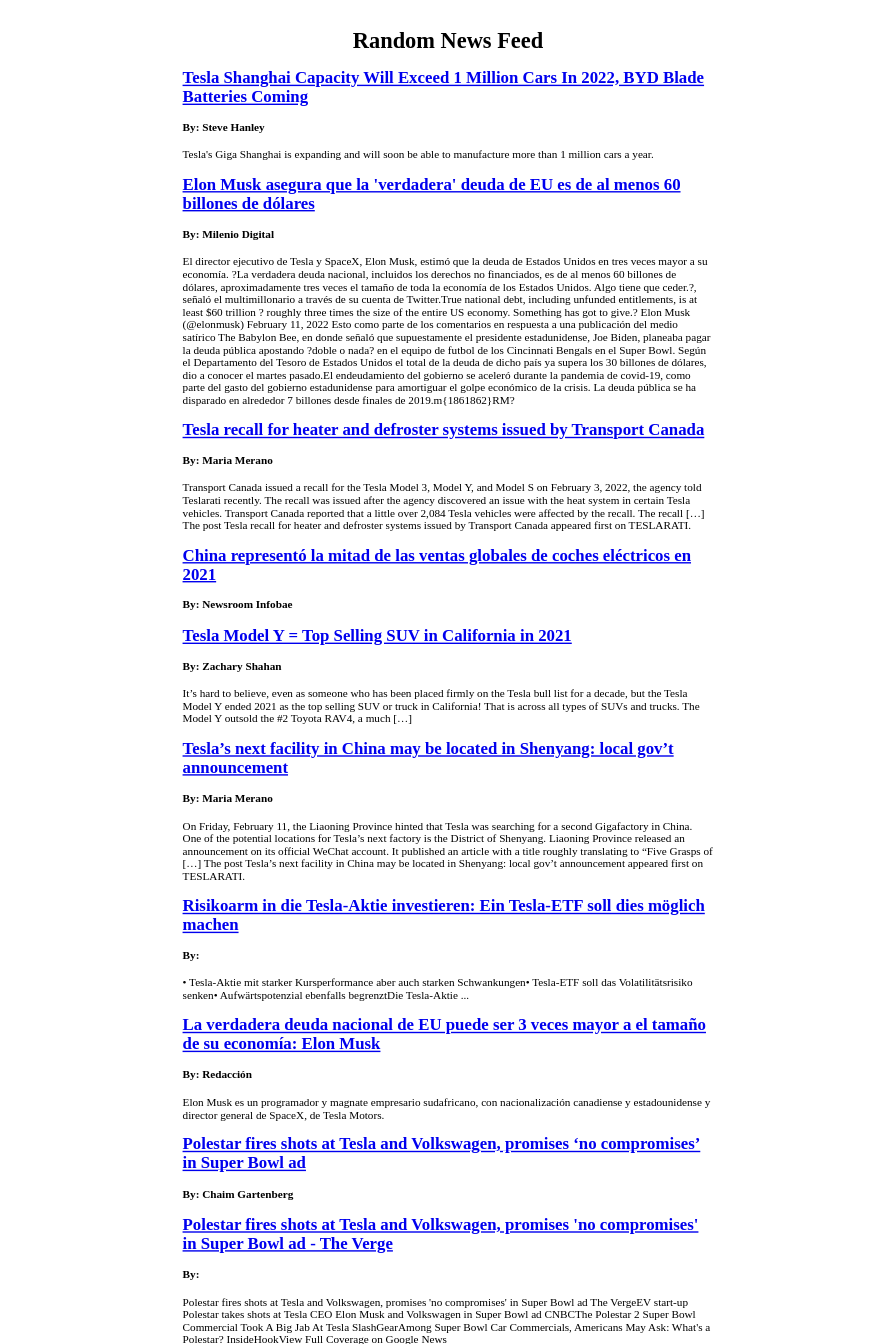
Repository: SamanthaYan298/my_news
Page: /
These files come from the project's save history. The page is drawn as it stood at one moment and after the next save; the edit follows.
The browser window is 1280 px wide. The pictures show the part of the page from y = 0 to 1920 px (the page is 13501 px tall before and 13539 px after), at 70% of full size.
The project was rebuilt for these pictures with package versions that can differ from the ones it lists, and the page was loaded fresh each time. Also part of the build but not shown: vite.config.js.

Above is the page before, as saved 2024-09-23 16:51:43.

### src/App.jsx
import news_feed from './sample_news_stories.json';

function App() {

  // Get stories from news feed
  const stories = news_feed.results;

  return (
    <div className="App">
      <h1>Random News Feed</h1>
      <div>
        {stories.map((story, index) => (
          <div key={index}>
            <a href={story.link}><h2>{story.title}</h2></a>
            <h4>By: {story.creator}</h4>
            <p>{story.description}</p>
          </div>
        ))}
      </div>
    </div>
  );
}

export default App;

### src/index.css
.App {
  padding: 10px;
  max-width: 60%;
  margin: auto;
}

.App > h1 {
  text-align: center;
}

.feed {
  display: flex;
  flex-direction: column;
  gap: 1em;
}

.story {
  position: relative;
  padding: 1em;
  box-shadow: 0 1px 2px #aeaeae;
}

.story span.delete {
  position: absolute;
  /* padding: 1px 3px; */
  width: 1rem;
  height: 1rem;
  text-align: center;
  line-height: 0.8;
  top: 0;
  right: 0;
  background: red;
  color: #fff;
  cursor: pointer;
}

.story_header {
  display: flex;
  flex-direction: row;
  gap: 1em;
}

.story_header h1 {
  margin: 0;
  padding: 0;
  font-size: 1.5em;
}

.story_header h1 > a {
  text-decoration: none;
}

.story_creator {
  display: block;
  font-size: 1rem;
  margin-top: 1rem;
}

.story_image {
  max-width: 20%;
}

.story_image img {
  width: 100%;
}

Loaded but not shown: index.html (common file); src/main.jsx (common file); src/sample_news_stories.json (1743 lines, source omitted)

After the next save:
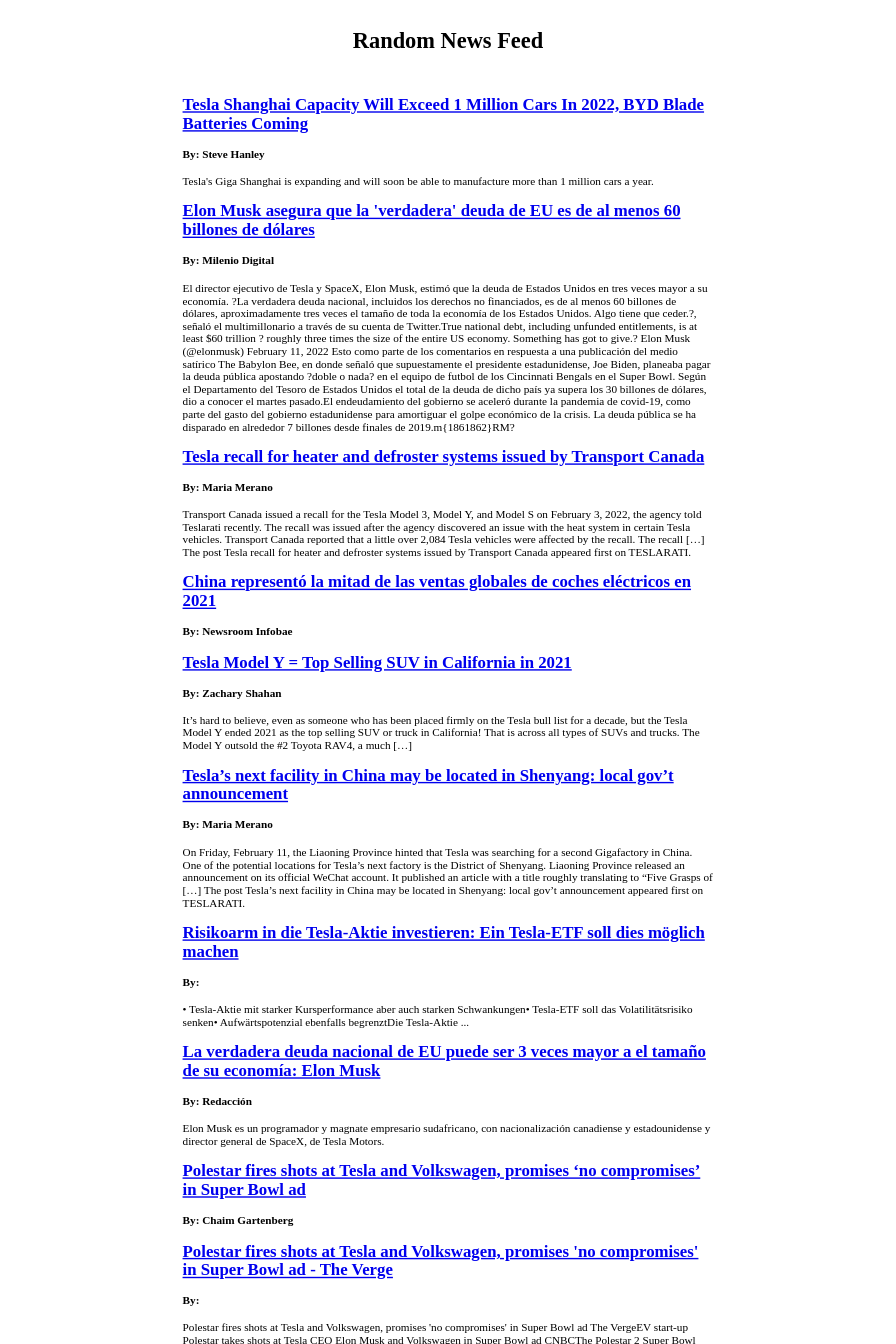
Saved 50 s later.
--- a/src/App.jsx
+++ b/src/App.jsx
@@ -8,6 +8,9 @@
   return (
     <div className="App">
       <h1>Random News Feed</h1>
+      <div>
+        <img />
+      </div>
       <div>
         {stories.map((story, index) => (
           <div key={index}>
